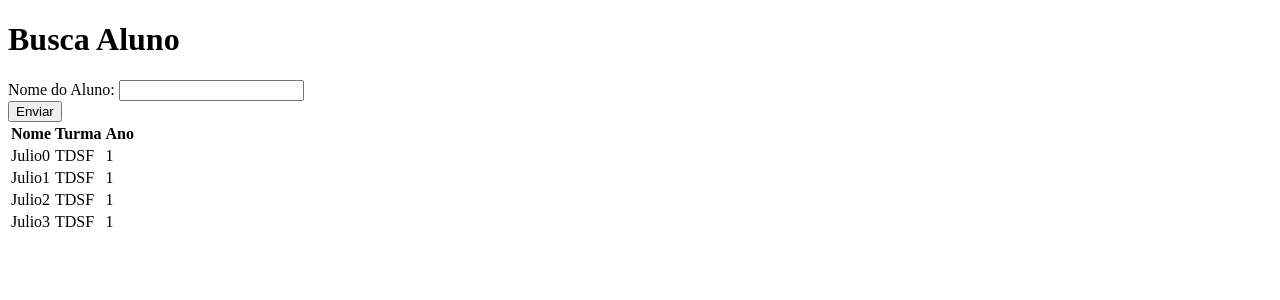
Repository: JulioCesarSF/Java
Page: ProjetosFaculdade/Thiago/Exercicio_01/WebContent/busca-aluno.html
The author's editor kept a copy of each file at every save. The page is drawn from the files as they stood at one save, then again after the next save.
The browser window is 1280 px wide. The pictures show the whole page.

Above is the page before, as saved 2016-08-17 17:58:00.

### ProjetosFaculdade/Thiago/Exercicio_01/WebContent/busca-aluno.html
<!DOCTYPE html>
<html>
<head>
<meta charset="UTF-8">
<title>Busca Aluno</title>
</head>
<body>

	<h1>Busca Aluno</h1>

	<form method="get" action="buscaAluno">
		<div>
			<label for="idNome">Nome do Aluno:</label> <input id="idNome"
				type="text" name="nome">
		</div>

		<div>
			<input type="submit" value="Enviar">
		</div>
	</form>

	<div>
		<table>
			<tr>
				<th>Nome</th>
				<th>Turma</th>
				<th>Ano</th>
			</tr>

			<tr>
				<td>Julio0</td>
				<td>TDSF</td>
				<td>1</td>
			</tr>

			<tr>
				<td>Julio1</td>
				<td>TDSF</td>
				<td>1</td>
			</tr>

			<tr>
				<td>Julio2</td>
				<td>TDSF</td>
				<td>1</td>
			</tr>

			<tr>
				<td>Julio3</td>
				<td>TDSF</td>
				<td>1</td>
			</tr>

		</table>

	</div>

</body>
</html>

After the next save:
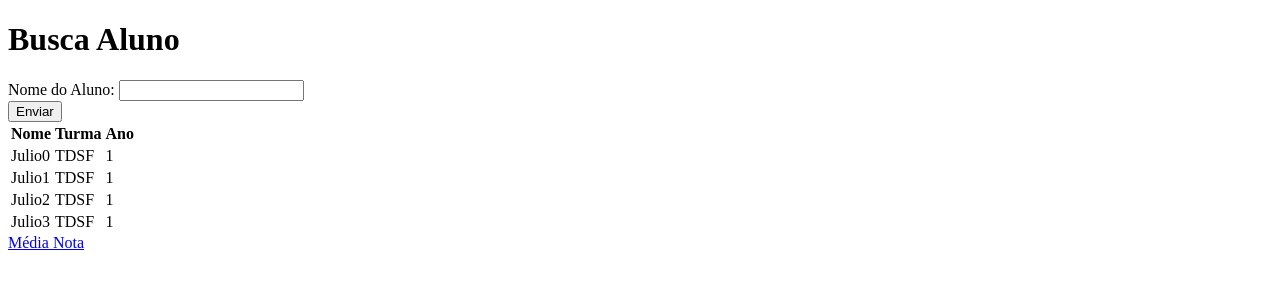
Saved 69 s later.
--- a/ProjetosFaculdade/Thiago/Exercicio_01/WebContent/busca-aluno.html
+++ b/ProjetosFaculdade/Thiago/Exercicio_01/WebContent/busca-aluno.html
@@ -55,5 +55,11 @@
 
 	</div>
 
+	<div>
+
+		<a href="media-nota.html">Média Nota</a>
+	</div>
+	</div>
+
 </body>
 </html>
